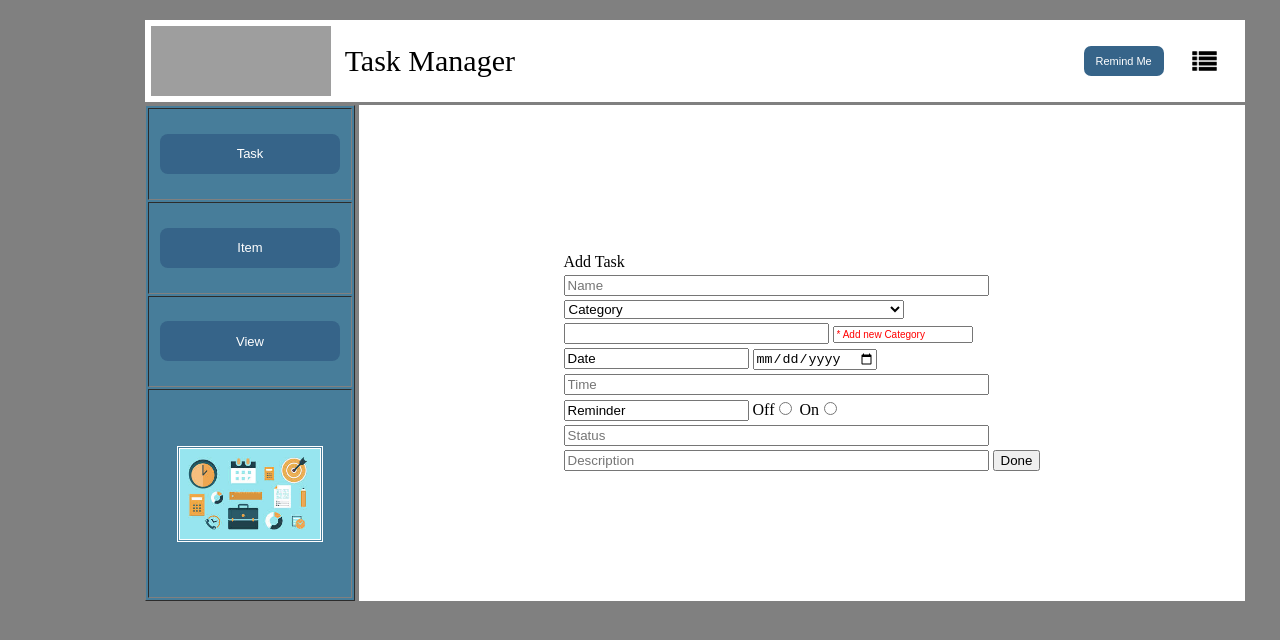
Repository: SnehaSalvi/TaskManagerProject
Page: http://localhost/TaskManagerChecklist/AddTask.jsp
These files come from the project's save history. The page is drawn as it stood at one moment and after the next save; the edit follows.
The browser window is 1280 px wide. The pictures show the whole page.
Pictures or frames that could not be fetched are drawn as grey boxes. The page is served by Tomcat 9. Other server files are loaded and not shown.

Above is the page before, as saved 2016-10-14 08:43:49.

### TaskManagerChecklist/WebContent/AddTask.jsp
<%@ page language="java" contentType="text/html; charset=ISO-8859-1"
    pageEncoding="ISO-8859-1"%>
<!DOCTYPE html PUBLIC "-//W3C//DTD HTML 4.01 Transitional//EN" "http://www.w3.org/TR/html4/loose.dtd">
<html>
<head>
<meta http-equiv="Content-Type" content="text/html; charset=ISO-8859-1">
<title>Insert title here</title>
<link href="home.css" type="text/css" rel="stylesheet"/>

</head>
<body>
<form>
	<table id="table1">
		<tr>
			<td id="td1">
				<img id="banner" src="images/banner.jpg"/>
			</td>
			<td id="td_blank">
			</td>
			<td id="td2">
				Task Manager
			</td>
			<td id="td3" align="center">
				<input type="button" name="remind" id="button1" value="Remind Me"/>
			</td>
			<td id="td4" align="center">
				<img id="list" src="images/list.png"/>
			</td>
		</tr>
	</table>
	<table></table>
	<table>
		<tr>
			<td>
				<table id="table2" border="1">
					<tr>
						<td id="#td5" align="center">
							<input type="button" name="task" id="button2" value="Task"/>
						</td>
					</tr>
					<tr>
						<td align="center">
							<input type="button" name="item" id="button2" value="Item"/>
						</td>
					</tr>
					<tr>
						<td align="center">
							<input type="button" name="view" id="button2" value="View"/>
						</td>
					</tr>
					<tr>
						<td rowspan="7" align="center">
							<img id="img1" src="images/menu.jpg"/>
						</td>
					</tr>
				</table>
			</td>
			<td>
				<table id="table3">
					<tr>
						<td id="#td6">&nbsp;&nbsp;&nbsp;&nbsp;
							<table id="table6" align="center">
								<tr>
									<td colspan="2">
										Add Task
									</td>
								</tr>
								<tr>
									<td colspan="2">
										<input type="text" name="taskname" placeholder="Name" size="50" required="required"/>
									</td>
								</tr>
								<tr>
									<td colspan="2">
										<select id="select1" name="categoryname" placeholder="Category" value="Category" required="required">
											<optgroup label="Personal">
												<option value="" disabled selected hidden>Category</option>
												<option>Shopping</option>
												<option>Exercise</option>
											</optgroup>
											<optgroup label="Professional">
												<option>Meeting</option>
												<option>Project Work</option>
											</optgroup>
										</select>
									</td>
								</tr>
								<tr>
									<td colspan="2">
										<input type="text" name="categoryname" size="30" required="required"/>
										<input type="label" id="label1" name="newcategory" value="* Add new Category" required="required"/>
									</td>
								</tr>
								<tr>
									<td colspan="2">
										<input type="label" name="newdate" value="Date" required="required"/>
										<input type="date" name="date">
									</td>
								</tr>
								<tr>
									<td colspan="2">
										<input type="text" name="time" placeholder="Time" size="50" required="required"/>
									</td>
								</tr>
								<tr>
									<td colspan="2">
										<input type="label" value="Reminder" required="required"/>
										Off<input type="radio" name="reminder">
										On<input type="radio" name="reminder">
									</td>
								</tr>
								<tr>
									<td colspan="2">
										<input type="text" name="status" placeholder="Status" size="50" required="required"/>
									</td>
								</tr>
								<tr>
									<td>
										<input type="text" name="description" placeholder="Description" size="50" required="required"/>
									</td>
									<td>
										<input type="submit" value="Done"/>
									</td>
								</tr>
							</table>
						</td>
					</tr>
				</table>
			</td>
		</tr>
	</table>
</form>
<!--<form action="Hello">
Name:<input type="text" name="user"/>
<input type="submit" value="go"/>
</form>-->
</body>
</html>

### TaskManagerChecklist/WebContent/home.css
body
{
	background-position: center;
	background-color:gray;
	margin-left: 140px;
	margin-top: 20px;
	margin-right: 120px;
	margin-bottom: 20px;
	background-repeat: no-repeat;
}
#table1
{
	margin-left:5px;
	background-color:white;
	background-position: center;
	height: 76px;
	width:1100px;

}
#table2
{
	margin-left:2px;
	background-color:#477d9a;
	background-position: center;
	height: 496px;
	width:210px;


}
#table3
{
	background-color:white;
	background-position: center;
	height: 496px;
	width:886px;

}
#table4
{

	background-position: center;
	height: 497px;
	width:1100px;
}
#table5
{
	width:200px;
}
#table6
{
	cellpadding:4;
	cellspacing:10;
}
img
{
	border-style:double;
	border-color: white;
}
tr
{

}
#div1
{
	width: 600px;
	height: 400px;
}
#td1
{
	width:185px;
	height:75px;
	background-color:
}
#td2
{
	width:735px;
	height:75px;
	font-family: serif;
	font-size: 30px;
	font-style: inherit;

}
#td3
{
	width:80px;
	height:75px;
}
#td4
{
	width:30x;
	height:75px;
}
#td_blank
{
	width:100x;
	height:75px;
}

#td6
{
	width:1050x;
	height:495px;


}
#banner
{

	width: 180px;
	height: 70px;
}
#list
{

	width: 25px;
	height: 20px;
}
#select1
{
	width:340px;
}
#img1
{

	width: 140px;
	height: 90px;
}
#button1
{
    height: 30px;
    width: 80px;
    border-radius: 7px;
    border: 1px solid #000;
    font-family: sans-serif;
    background-color:#366489;
    color:white;
    font-size: 11px;
    border: 0;
}
#button2
{
    height: 40px;
    width: 180px;
    border-radius: 8px;
    border: 1px solid #000;
    font-family:sans-serif;
    font-size: 13px;
   background-color:#366489;
   color:white;
    border: 0;
}
#label1
{
	color:red;
	font-size: 10px;
}
#div3
{
	width: 510px;
	height: 350px;
}

After the next save:
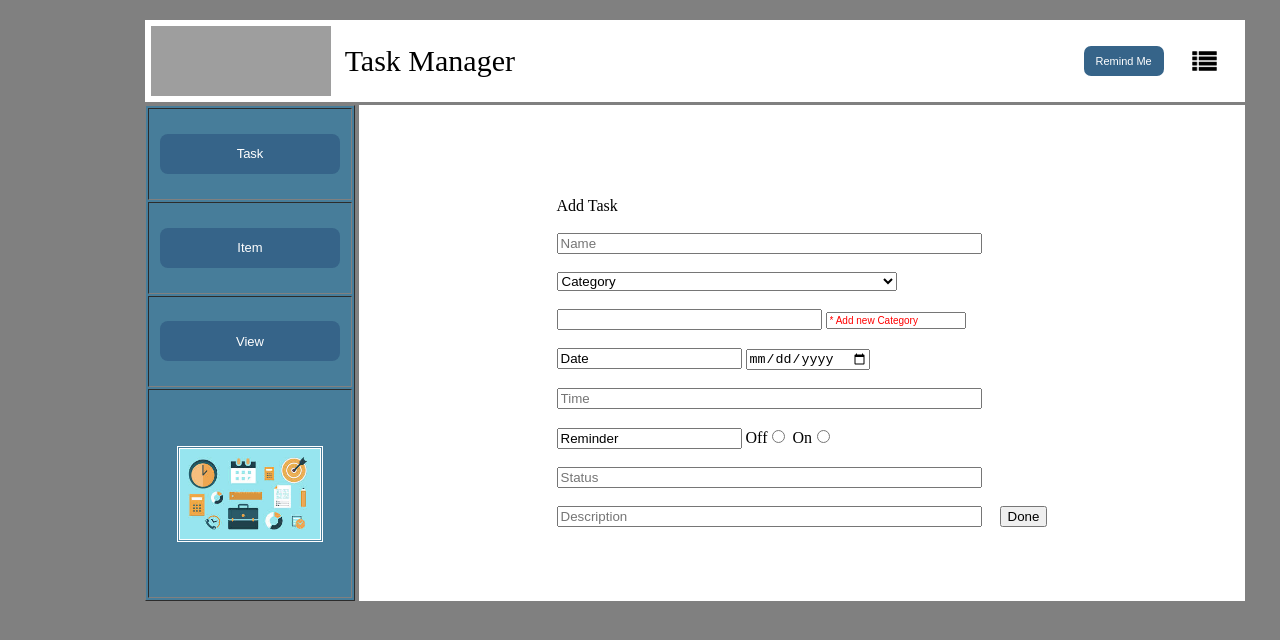
Saved 44 s later.
--- a/TaskManagerChecklist/WebContent/AddTask.jsp
+++ b/TaskManagerChecklist/WebContent/AddTask.jsp
@@ -59,7 +59,7 @@
 				<table id="table3">
 					<tr>
 						<td id="#td6">&nbsp;&nbsp;&nbsp;&nbsp;
-							<table id="table6" align="center">
+							<table align="center" cellspacing="10" cellpadding="4">
 								<tr>
 									<td colspan="2">
 										Add Task
--- a/TaskManagerChecklist/WebContent/home.css
+++ b/TaskManagerChecklist/WebContent/home.css
@@ -45,11 +45,6 @@ body
 #table5
 {
 	width:200px;
-}
-#table6
-{
-	cellpadding:4;
-	cellspacing:10;
 }
 img
 {
